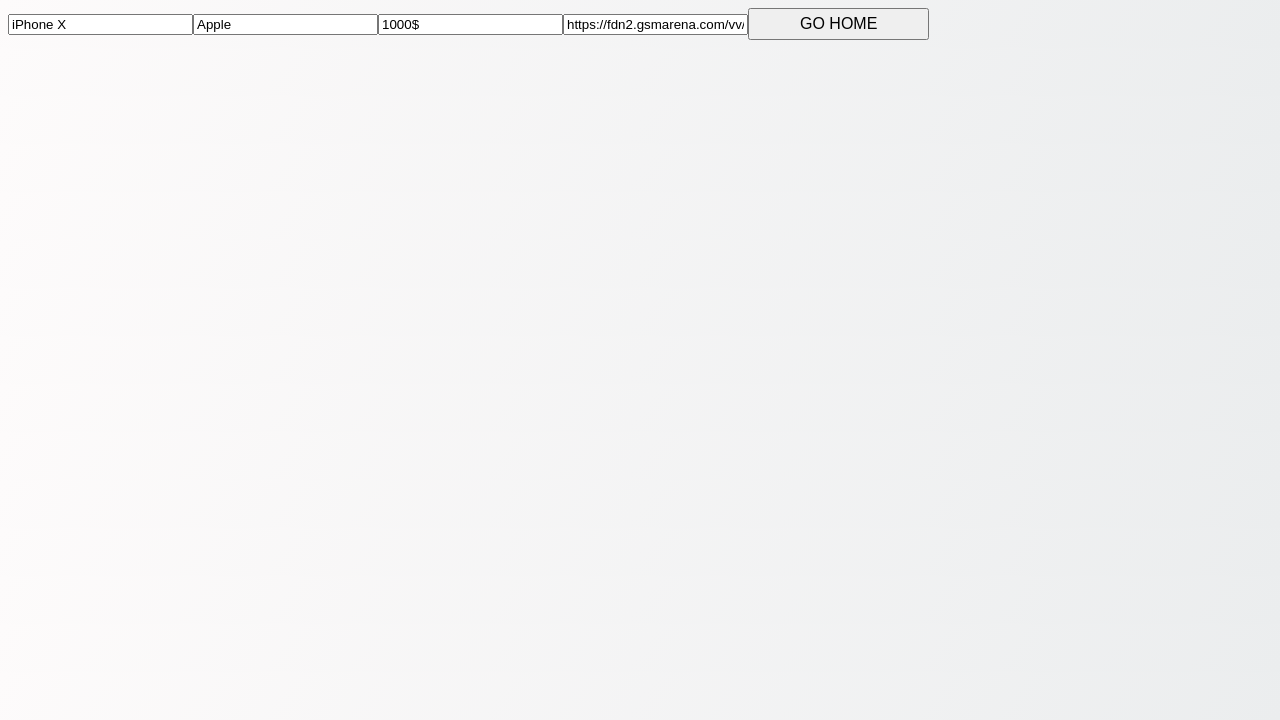
Repository: eytan012/react-ex
Page: /edit/1001
The author's editor kept a copy of each file at every save. The page is drawn from the files as they stood at one save, then again after the next save.
The browser window is 1280 px wide. The pictures show the whole page.
Some web fonts or font styles are not loaded; a fallback is used. The project was rebuilt for these pictures with package versions that can differ from the ones it lists, and the page was loaded fresh each time. Requests to the local data server were answered from the project's data file. Also part of the build but not shown: src/components/AddProductForm.jsx, src/utils/alerts.js, src/components/ProductsList.jsx, src/components/Home.jsx.

Above is the page before, as saved 2021-09-13 14:24:09.

After the next save:
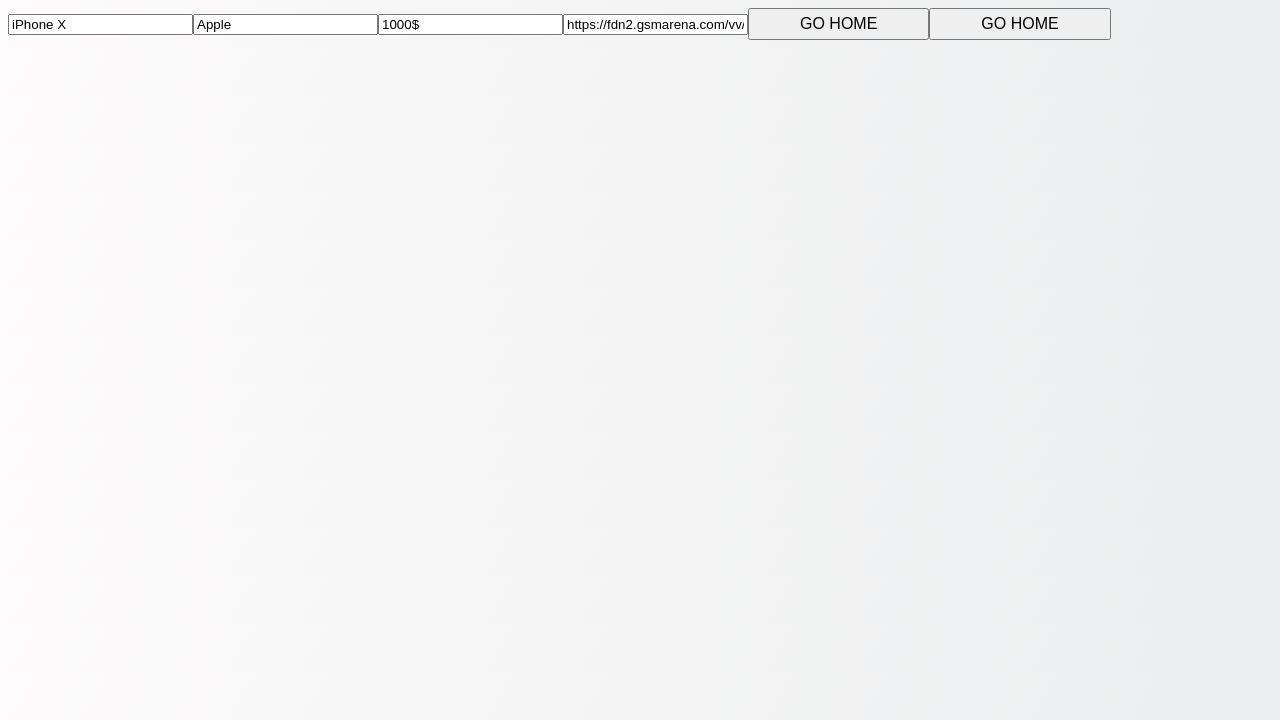
Saved 6 s later.
--- a/src/components/EditProductForm.jsx
+++ b/src/components/EditProductForm.jsx
@@ -58,6 +58,8 @@ const EditProductForm = () => {
         value={productToEdit ? productToEdit.imgUrl : ""}
       />
       <button className="btn btn-primary">go home</button>
+
+      <button className="btn btn-primary">go home</button>
     </div>
   );
 };
